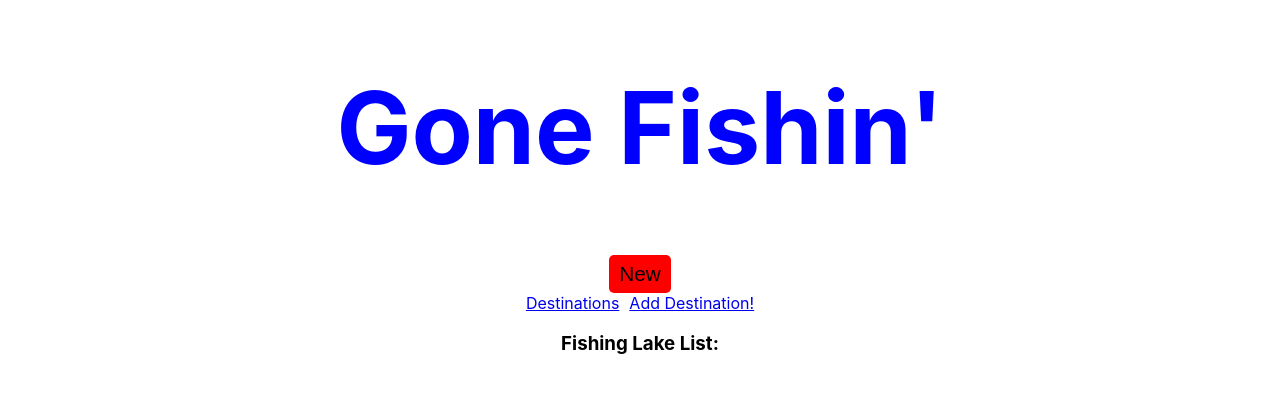
Repository: randysteele/gonefishin-frontend
Page: /destinations (app in gone-fishin-frontend/)
The author's editor kept a copy of each file at every save. The page is drawn from the files as they stood at one save, then again after the next save.
The browser window is 1280 px wide. The pictures show the whole page.
The page's requests for data from a server got no answer. The project was rebuilt for these pictures with package versions that can differ from the ones it lists, and the page was loaded fresh each time. No one was signed in, and anything a server would have sent is missing. Also part of the build but not shown: gone-fishin-frontend/src/actions/addDestination.js, gone-fishin-frontend/src/components/DestinationsInput.js, gone-fishin-frontend/src/actions/addFeature.js, gone-fishin-frontend/src/components/FeaturesInput.js, gone-fishin-frontend/src/actions/deleteFeature.js, gone-fishin-frontend/src/components/Button.js, gone-fishin-frontend/src/components/FeaturesList.js, gone-fishin-frontend/src/containers/FeaturesContainer.js and 7 more.

Above is the page before, as saved 2020-08-09 15:36:24.

### gone-fishin-frontend/public/index.html
<!DOCTYPE html>
<html lang="en">
  <head>
    <meta charset="utf-8" />
    <link rel="icon" href="%PUBLIC_URL%/favicon.ico" />
    <meta name="viewport" content="width=device-width, initial-scale=1" />
    <meta name="theme-color" content="#000000" />
    <meta
      name="description"
      content="Web site created using create-react-app"
    />
    <link rel="apple-touch-icon" href="%PUBLIC_URL%/logo192.png" />
    <!--
      manifest.json provides metadata used when your web app is installed on a
      user's mobile device or desktop. See https://developers.google.com/web/fundamentals/web-app-manifest/
    -->
    <link rel="manifest" href="%PUBLIC_URL%/manifest.json" />
    <!--
      Notice the use of %PUBLIC_URL% in the tags above.
      It will be replaced with the URL of the `public` folder during the build.
      Only files inside the `public` folder can be referenced from the HTML.

      Unlike "/favicon.ico" or "favicon.ico", "%PUBLIC_URL%/favicon.ico" will
      work correctly both with client-side routing and a non-root public URL.
      Learn how to configure a non-root public URL by running `npm run build`.
    -->
    <title>Gone Fishin</title>
  </head>
  <body>
    <noscript>You need to enable JavaScript to run this app.</noscript>
    <div id="root"></div>
    <!--
      This HTML file is a template.
      If you open it directly in the browser, you will see an empty page.

      You can add webfonts, meta tags, or analytics to this file.
      The build step will place the bundled scripts into the <body> tag.

      To begin the development, run `npm start` or `yarn start`.
      To create a production bundle, use `npm run build` or `yarn build`.
    -->
  </body>
</html>

### gone-fishin-frontend/src/index.js
import React from 'react';
import ReactDOM from 'react-dom';
import './index.css';
import App from './App';
import * as serviceWorker from './serviceWorker';
import { Provider } from 'react-redux';
import destinations from './reducers/destinations'
import thunk from 'redux-thunk'
import { createStore, applyMiddleware, compose} from 'redux'
import {BrowserRouter as Router} from 'react-router-dom'


const composeEnhancer = window.__REDUX_DEVTOOLS_EXTENSION_COMPOSE__ || compose;

const store = createStore(destinations, composeEnhancer(applyMiddleware(thunk)))

ReactDOM.render(
<Provider store={store}>
<Router>
<App />
</Router>
</Provider>,
document.getElementById('root')
);

// If you want your app to work offline and load faster, you can change
// unregister() to register() below. Note this comes with some pitfalls.
// Learn more about service workers: https://bit.ly/CRA-PWA
serviceWorker.unregister();

### gone-fishin-frontend/src/App.js
import React from 'react';
import './App.css';
import DestinationsContainer from './containers/DestinationsContainer'
import styled from 'styled-components'
//import Button from './components/Button'

const Title = styled.h1`
color: blue;
font-size: 100px;
`
let Button = styled.button`
 font-family: sans:serif;
 font-size: 1.3rem;
 border: none;
 border-radius: 5px;
 padding: 7px 10px;
 background: red;
 color: '#fff';
 &:hover{
   background: blue;
 }
`


class App extends React.Component {

  componentDidMount() {
    fetch('http://localhost:3000/api/v1/destinations/')
    .then(response => response.json())
    .then(data => console.log(data))
  }


  render(){
    return(
      <div className="App" >
      <Title>Gone Fishin'</Title>
      <Button>New</Button>
      <DestinationsContainer />
      </div>
    )
  }
}

export default App

### gone-fishin-frontend/src/reducers/destinations.js

export default function destinations(state = {destinations: []}, action) {
    //debugger
    switch(action.type){
    case 'FETCH_DESTINATIONS':
      return {destinations: action.payload}
    case 'ADD_FEATURE':
      let destinations = state.destinations.map(destination => {
        if (destination.id === action.payload.id) {
         return action.payload
        } else {
          return destination
        }
      })
      return {...state, destinations: destinations}
      case 'DELETE_FEATURE':
         // debugger
        let destinationss = state.destinations.map(destination => {
            if (destination.id === action.payload.id) {
             return action.payload
            } else {
              return destination
            }
          })
          return {...state, destinations: destinationss}
      case 'EDIT_DESTINATION':
        let destinationsss = state.destinations.map(destination => {
            if (destination.id === action.payload.id) {
             return action.payload
            } else {
              return destination
            }
          })
          return {...state, destinations: destinationsss}

          case 'ADD_COMMENT':
            let destinationForComments = state.destinations.map(destination => {
              if (destination.id === action.payload.id) {
               return action.payload
              } else {
                return destination
              }
            })
            return {...state, destinations: destinationForComments}

    default:
    return state
    }
}

### gone-fishin-frontend/src/containers/DestinationsContainer.js
// a container should render other components and pass them data if needed
// they are typically class components
import React from 'react'
import {connect} from 'react-redux'
import {fetchDestinations} from '../actions/fetchDestinations'
import DestinationsList from  '../components/DestinationsList'
import DestinationsInput from '../components/DestinationsInput'
import DestinationShow from  '../components/DestinationShow'
import {Route, Switch} from 'react-router-dom'
import Navbar from '../components/Navbar'




class DestinationsContainer extends React.Component {


    componentDidMount(){
      this.props.fetchDestinations()
    }

    render(){
      return (
        <div>
          <Navbar/>
          <Switch>
         <Route  path='/destinations/new' component={DestinationsInput}/>
         <Route  path='/destinations/:id'  render={(routerProps) => <DestinationShow {...routerProps} destinations={this.props.destinations}/>}/>
         <Route  exact path='/destinations' render={(routerProps) => <DestinationsList {...routerProps} destinations={this.props.destinations}/>}/>
         </Switch><br></br>

        </div>
      )

       }
    }
const mapStateToProps = state => {
    return {
        destinations: state.destinations
    }
}
export default connect(mapStateToProps, {fetchDestinations})(DestinationsContainer);

### gone-fishin-frontend/src/actions/fetchDestinations.js


export function fetchDestinations() {
  return (dispatch) => {
   fetch("http://localhost:3000/api/v1/destinations/")
    .then(response => response.json())
    .then(destinations => dispatch({
      type: 'FETCH_DESTINATIONS',
       payload: destinations
    }))
  }
}

### gone-fishin-frontend/src/components/DestinationsList.js
import React from 'react'
// import DestinationsContainer from '../containers/DestinationsContainer'
// import DestinationShow from './DestinationShow'
import {Route, Link} from 'react-router-dom'



const DestinationsList = (props) => {

    return (
       <div>
        <h3>Fishing Lake List:</h3>{props.destinations.map(dest => <h5><div key={dest.id}>Lake Name:<Link to={`/destinations/${dest.id}`}>{dest.name}</Link>  <br></br> City: {dest.city} <br></br> State: {dest.state} <br></br> Description: {dest.description}</div></h5>)}
   </div>


    )
}

export default DestinationsList

### gone-fishin-frontend/src/components/Navbar.js
import React from 'react'
import {Link} from 'react-router-dom'

const Navbar = (props) => {

    return (
        <div>
            <Link to='/destinations' style={{paddingRight: '10px'}}>Destinations</Link>
            <Link to='/destinations/new'>Add Destination!</Link>
        </div>
    )
}
export default Navbar

Loaded but not shown: gone-fishin-frontend/src/index.css (common file); gone-fishin-frontend/src/serviceWorker.js (common file); gone-fishin-frontend/src/App.css (common file)

After the next save:
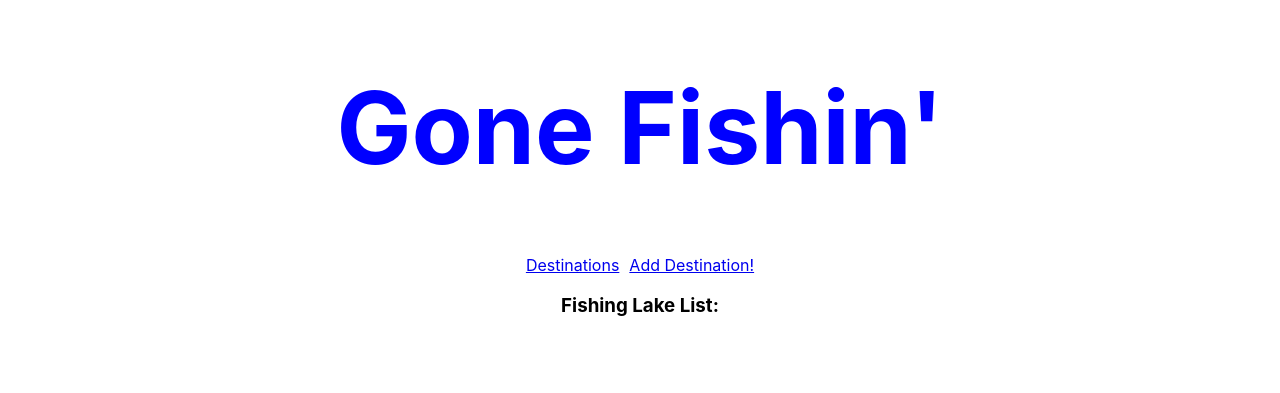
Saved 25 s later.
--- a/gone-fishin-frontend/src/App.js
+++ b/gone-fishin-frontend/src/App.js
@@ -35,7 +35,6 @@ class App extends React.Component {
     return(
       <div className="App" >
       <Title>Gone Fishin'</Title>
-      <Button>New</Button>
       <DestinationsContainer />
       </div>
     )
